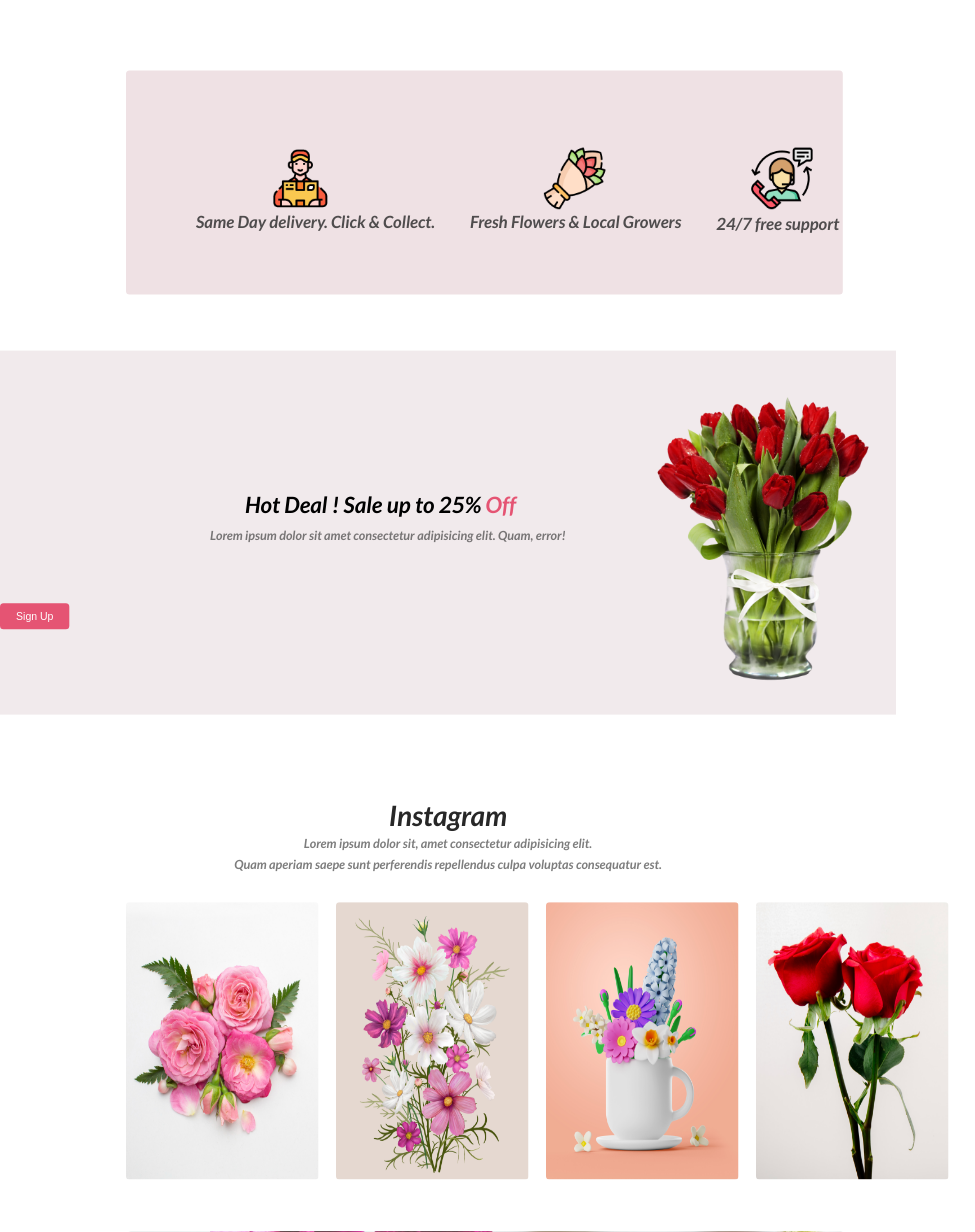
Repository: AnitaAkter/anita-flower-shop
Page: index.html
These files come from the project's save history. The page is drawn as it stood at one moment and after a run of saves; the edit follows.
The browser window is 1280 px wide. The page is 1393 px wide, so the pictures cover 1393 px, including what lies to the right of the window. The pictures show the part of the page from y = 1687 to 3447 px (the page is 3766 px tall), at 70% of full size.

Above is the page before, as saved 2023-09-06 20:35:50.

### index.html
<!DOCTYPE html>
<html lang="en">

<head>
    <meta charset="UTF-8">
    <meta http-equiv="X-UA-Compatible" content="IE=edge">
    <meta name="viewport" content="width=device-width, initial-scale=1.0">
    <title>Anita's Flower Shop</title>
    <link rel="preconnect" href="https://fonts.googleapis.com">
    <link rel="preconnect" href="https://fonts.gstatic.com" crossorigin>
    <link href="https://fonts.googleapis.com/css2?family=Lato:ital,wght@1,700&display=swap" rel="stylesheet">
    <link rel="stylesheet" href="style.css">
</head>

<body>
    <div>
        <!-- /* Header -section start */ -->
        <header>
            <div class="header-intro">
                <h1>Let's make <br> beautiful Flowers a <br>part of your Life.</h1>
                <div class="header-p">
                    <p>Lorem ipsum dolor sit amet consectetur adipisicing elit. Vitae fugit dolorum deleniti, quae ea
                        error
                        iste rerum mollitia animi architecto. Distinctio voluptates doloribus commodi ipsum unde facere
                        assumenda corrupti cum!</p>
                </div>
                <button class="header-btn">Shop Now</button>
            </div>
            <div class="header-pic">
                <img src="images/pngwing 6.png" alt="">
            </div>
        </header>
        <!-- /* Header -section end */ -->
        <main>
            <div class="flowers-info">
                <h3>Our Featured Flowers</h3>
                <p>Lorem ipsum dolor sit, amet consectetur adipisicing elit. <br>
                    Quam aperiam saepe sunt perferendis repellendus culpa voluptas consequatur est.
                </p>
            </div>
            <div class="flowers-add">
                <div class="flowers-img">
                    <div class="flowers">
                        <img src="images/pngwing 6.png" alt="">
                        <p> <u>Pink Flower Tree</u> </p>
                    </div>
                    <div class="flowers">
                        <img src="images/pngwing 5.png" alt="">
                        <p><u>Pink Flower Tree</u></p>
                    </div>
                    <div class="flowers">
                        <img src="images/pngwing 7.png" alt="">
                        <p><u>Pink Flower Tree</u></p>
                    </div>

                </div>
            </div>






            <!-- Delivery section start -->
            <div class="delivery">
                <div class="delivery-img">
                    <div class="d-img">
                        <img src="images/Group 57.png" alt="">
                        <p>Same Day delivery. Click & Collect.</p>
                    </div>
                    <div class="d-img">
                        <img src="images/Group 58.png" alt="">
                        <p>Fresh Flowers & Local Growers</p>
                    </div>
                    <div>
                        <img src="images/Group 59.png" alt="">
                        <p>24/7 free support</p>
                    </div>
                </div>
            </div>
            <!-- Delivery section end -->

            <div class="add-sec">
                <div class="add-info">
                    <h1>Hot Deal ! Sale up to 25% <span class="text-primary">Off</span></h1>
                    <p class="header-p">Lorem ipsum dolor sit amet consectetur adipisicing elit. Quam, error!</p>
                    <button class="add-btn">Sign Up</button>
                </div>
                <div class="add-img">
                    <img src="images/pngwing 8.png" alt="">
                </div>
            </div>
















            <div class="flowers-info">
                <h3>Instagram</h3>
                <p>Lorem ipsum dolor sit, amet consectetur adipisicing elit. <br>
                    Quam aperiam saepe sunt perferendis repellendus culpa voluptas consequatur est.
                </p>
            </div>
            <div class="insta-img">
                <img src="images/Flower 01.png" alt="">
                <img src="images/Rectangle 4.png" alt="">
                <img src="images/Rectangle 5.png" alt="">
                <img src="images/Rectangle 6.png" alt="">
            </div>
        </main>
        <footer>
            <div class="footer-column">
                <div class="footer-title">
                    <h2 class="f">Get the latest Deals</h2>
                    <p>$30 coupon for first shopping</p>
                </div>
                <div class="form">
                    <form action=""><input class="input-form" type="text" placeholder="       Enter Your email Here">
                    </form>
                    <button class="header-btn">Subscribe</button>
                </div>

            </div>
        </footer>

    </div>
</body>

</html>

### style.css
/* Header -section start */

* {
    margin: 0;
    padding: 0;
    box-sizing: border-box;
}

body {
    font-family: 'Lato', sans-serif;
    font-weight: 900;
    width: 100%;
}

header {
    display: flex;
    background-color: hsl(342, 34%, 89%);
    width: 100%;
    height: 800px;
}

.header-intro {
    margin-top: 80px;
    margin-left: 50px;
    width: 708px;
    height: 506px;


}

.header-intro h1 {
    color: #272727;
    text-shadow: 0px 4px 4px rgba(0, 0, 0, 0.25);
    font-family: Lato;
    font-size: 80px;
    font-style: normal;
    font-weight: 800;
    line-height: normal;
    width: 708px;
    height: 310px;


}

.header-p {
    color: rgba(39, 39, 39, 0.60);
    font-family: Lato;
    font-size: 18px;
    font-style: normal;
    font-weight: 400;
    line-height: 30px;
    width: 634px;
    height: 120px;
    gap: 32px;



    /* 166.667% */
}

.header-btn {
    background-color: #E55473;
    border-radius: 5px;
    border: none;
    color: white;
    font-size: 15px;
    display: inline-flex;
    padding: 20px 43px;
    align-items: flex-start;
    gap: 10px;

}

.header-pic {
    width: 635px;
    height: 800px;
    margin-bottom: 0%;
    margin-right: auto;

}


.header-pic img {
    width: 635px;
    height: 800px;
    margin-bottom: 0%;
}

/* Header -section end */



/* flowers info styles */
.flowers-info {
    margin-top: 120px;
}

.flowers-info h3 {
    color: #272727;
    text-align: center;
    font-family: Lato;
    font-size: 40px;
    font-style: normal;
    font-weight: 800;
    line-height: normal;
}

.flowers-info p {
    color: rgba(39, 39, 39, 0.60);
    text-align: center;
    font-family: Lato;
    font-size: 18px;
    font-style: normal;
    font-weight: 400;
    line-height: 30px;
    /* 166.667% */
}


.flowers-add {
    margin-top: 80px;
    align-items: center;
    margin-bottom: 200px;
    margin-left: 180px;
    margin-right: 140px;
    width: 80%;
    height: 480px;
    gap: 54px;


}

.flowers-img {
    display: flex;
    align-items: center;
    gap: 50px;
    width: 464px;
    height: 538px;



}

.flowers-img img {

    background-image: url('/images/Rectangle\ 3\ \(1\).png');
    background-position: center;
    border-radius: 300px 300px 0px 0px;
    background: rgba(139, 24, 81, 0.15);
    height: 408px;
    width: 464px;
}

.flowers-img p {
    color: rgba(0, 0, 0, 0.951);

    font-family: Lato;
    font-size: 24px;
    font-style: normal;
    font-weight: 600;
    line-height: 35px;
    margin-left: 133px;
}

.flowers {

    width: 310px;
    height: 428px;
    justify-content: space-between;
    gap: 40px;



}






/* delivery section start */
.delivery {
    margin-top: 100px;
    margin-left: 180px;
    margin-right: 140px;
    background-color: #efe1e4;
    display: flex;
    width: 80%;
    height: 320px;
    border-radius: 5px;
    padding: 30px;
}

.delivery-img p {
    color: rgba(39, 39, 39, 0.80);

    font-family: Lato;
    font-size: 24px;
    font-style: normal;
    font-weight: 600;
    line-height: 35px;
    margin-left: -50px;


}

.delivery-img {
    display: inline-flex;
    margin-top: 80px;
    margin-left: 120px;
    gap: 100px;
    height: 30px;
    align-content: center;
    position: absolute;

}

.d-img img {
    display: grid;
    justify-content: center;
    margin-left: 55px;

}

/* delivery section end */

.text-primary {
    color: #E55473;
}

.add-sec {
    margin-top: 80px;
    width: 100%;
    height: 520px;
    background-color: #f1eaec;
    display: inline-flex;
}

.add-info h1 {
    margin-top: 200px;
    margin-left: 350px;
}

.add-info p {
    margin-top: 10px;
    margin-left: 300px;

}



.add-btn {
    background-color: #E55473;
    border-radius: 5px;
    border: none;
    color: white;
    font-size: 15px;

    padding: 10px 23px;

    align-items: center;
    text-align: center;
    margin-top: -100px;

}

.add-img {
    width: 218px;
    height: 110px;
    position: center;
    margin-top: 60px;
}




.insta-img {
    display: flex;
    margin-top: 40px;
    gap: 25px;
    margin-left: 180px;
    margin-right: 140px;
    height: 320px;
    width: 70%;
}

.insta-img img {
    width: 275px;
    height: 396px;
    border-radius: 5px;
}


.footer-column {
    background-image: url('images/Rectangle\ 9.png');
    margin-top: 150px;
    width: 80%;
    height: 320px;
    border-radius: 3px;
    margin-left: 180px;
    margin-right: 140px;
}



.footer-title {
    text-align: center;
    padding-top: 80px;
    align-items: center;

}



.footer-title p {
    color: rgb(91, 87, 87);
    padding-top: 10px;
}

.form {
    display: flex;
    margin-left: 287px;
    gap: 50px;
    padding-top: 40px;

}

.input-form {
    width: 550px;
    height: 60px;
    border-radius: 3px;
    border: none;
}

After the next 2 saves:
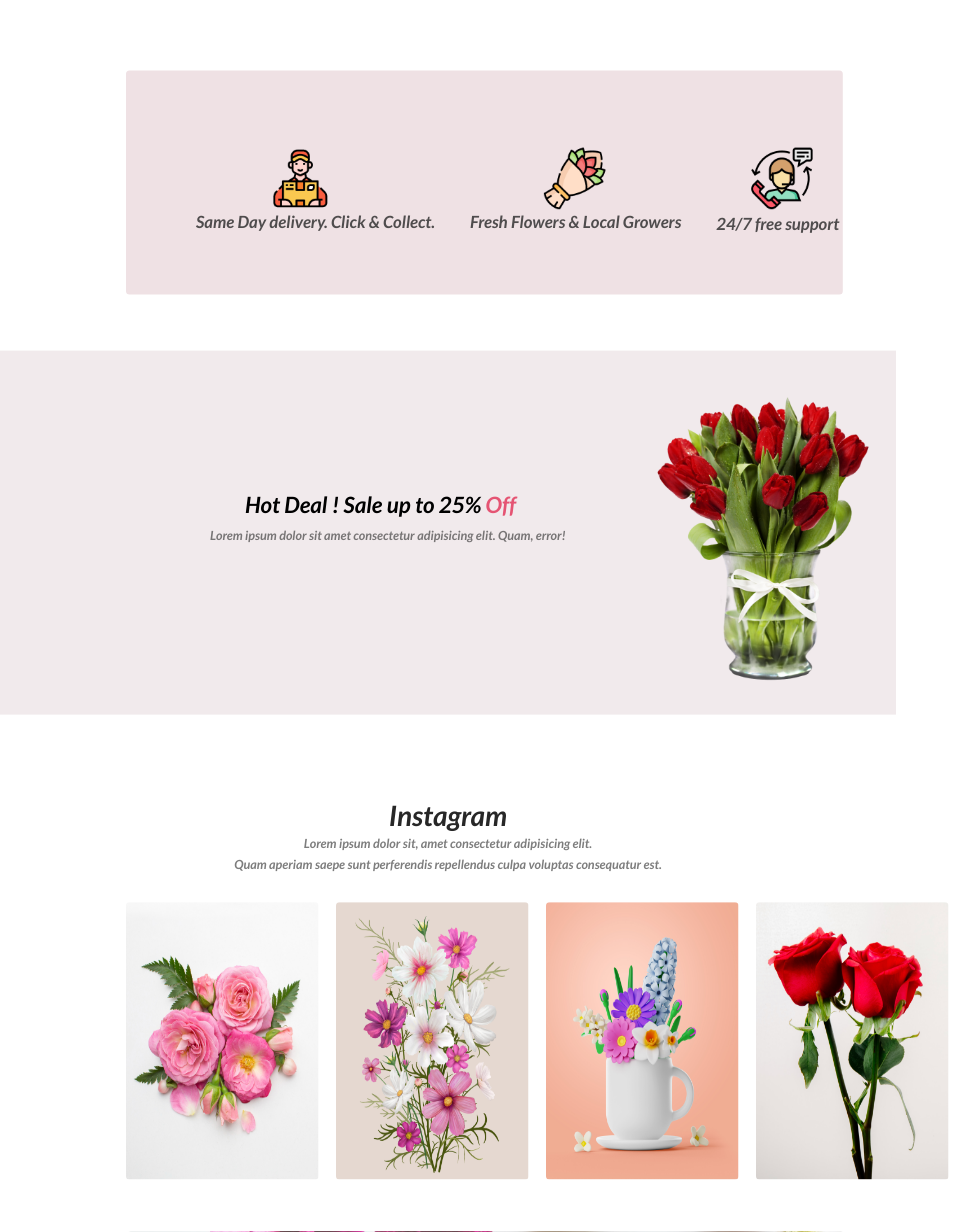
The 2 saves are shown as one change because they came seconds apart.
The last was saved 11 s later.
--- a/index.html
+++ b/index.html
@@ -84,7 +84,9 @@
                 <div class="add-info">
                     <h1>Hot Deal ! Sale up to 25% <span class="text-primary">Off</span></h1>
                     <p class="header-p">Lorem ipsum dolor sit amet consectetur adipisicing elit. Quam, error!</p>
-                    <button class="add-btn">Sign Up</button>
+                    <div>
+
+                    </div>
                 </div>
                 <div class="add-img">
                     <img src="images/pngwing 8.png" alt="">

After the 2 saves that followed:
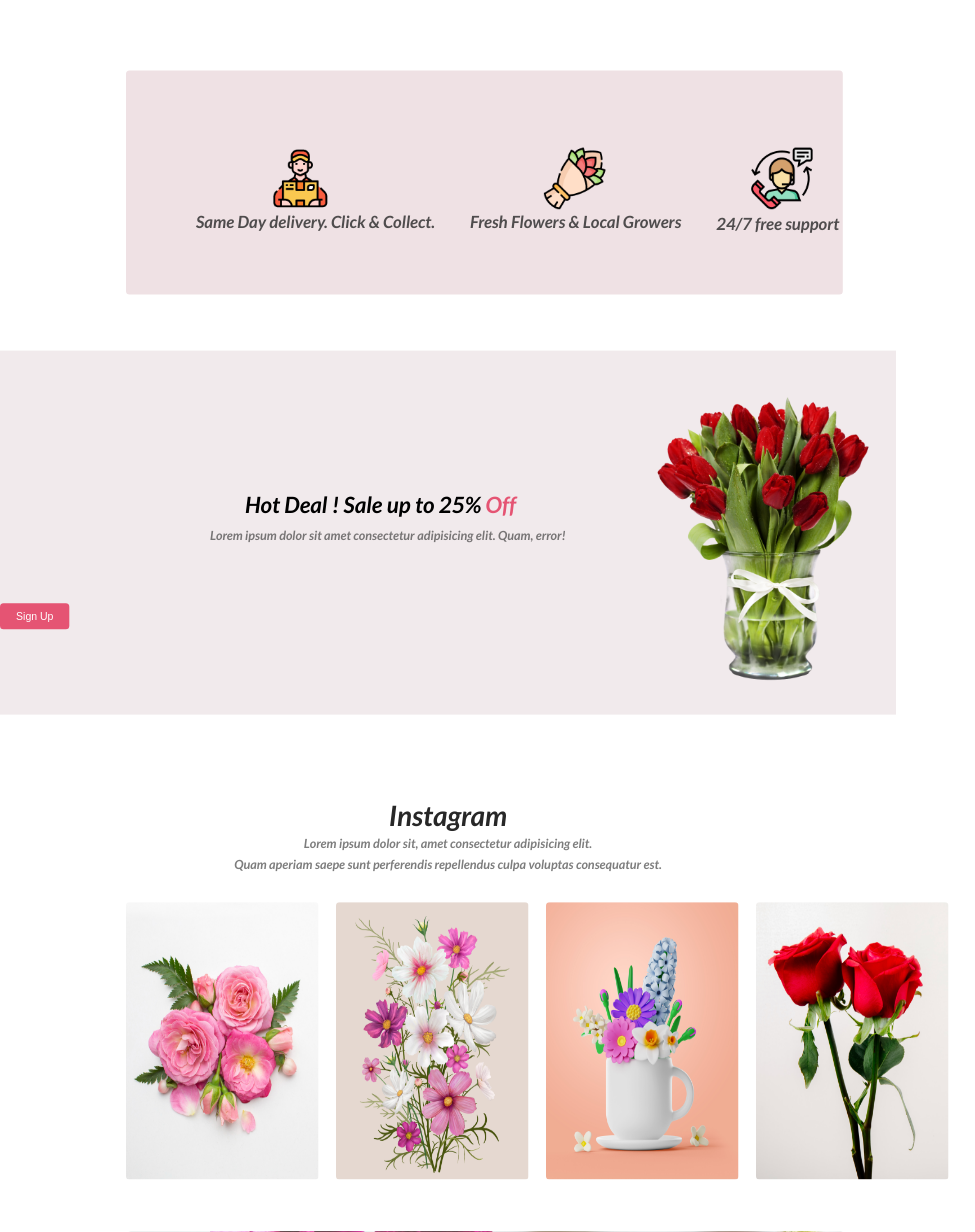
The 2 saves are shown as one change because they came seconds apart.
The last was saved 7 s later.
--- a/index.html
+++ b/index.html
@@ -84,8 +84,8 @@
                 <div class="add-info">
                     <h1>Hot Deal ! Sale up to 25% <span class="text-primary">Off</span></h1>
                     <p class="header-p">Lorem ipsum dolor sit amet consectetur adipisicing elit. Quam, error!</p>
-                    <div>
-
+                    <div >
+                        <button class="add-btn">Sign Up</button>
                     </div>
                 </div>
                 <div class="add-img">
